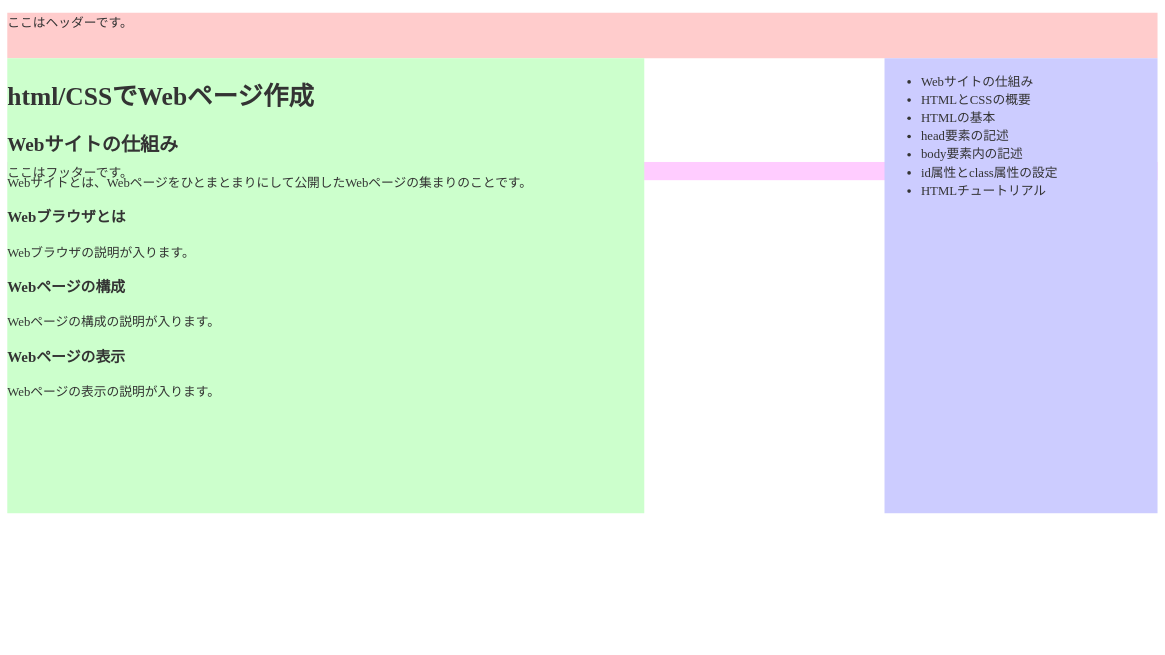
Repository: ichiro-fujii/kadai-commit
Page: lesson-htmlcss/kadai-html.html
The author's editor kept a record of every edit. The page is drawn from the files as they stood at one moment, then again after the next edit.
The browser window is 1280 px wide. The pictures show the whole page, at 91% of full size.

Above is the page before.

### lesson-htmlcss/kadai-html.html
<!DOCTYPE html>
<html lang="ja">
    <head>
        <meta charset="UTF-8">
        <title>HTML/CSSでＷｅｂページ作成</title>
        <link rel="stylesheet" href="kadai-css.css">
    </head>
    <body>
        <!--ここからヘッダー-->
        <header>
            <p>ここはヘッダーです。</p>
        </header>
        <!--wrapperはなぜ入れるのですか-->
        <div id="wrapper">
        <div id="main">
            <h1>html/CSSでWebページ作成</h1>
            <h2>Webサイトの仕組み</h2>
            <p>Webサイトとは、Webページをひとまとまりにして公開したWebページの集まりのことです。</p>
            <h3>Webブラウザとは</h3>
            <p>Webブラウザの説明が入ります。</p>
            <h3>Webページの構成</h3>
            <p>Webページの構成の説明が入ります。</p>
            <h3>Webページの表示</h3>
            <p>Webページの表示の説明が入ります。</p>
            </div>
            <nav id="menu">
                <ul>
                    <li>Webサイトの仕組み</li>
                    <li>HTMLとCSSの概要</li>
                    <li>HTMLの基本</li>
                    <li>head要素の記述</li>
                    <li>body要素内の記述</li>
                    <li>id属性とclass属性の設定</li>
                    <li>HTMLチュートリアル</li>
                </ul>
            </nav>
            </div>
            <footer>
            <p>ここはフッターです。</p>
        </footer>


    </body>
</html>

### lesson-htmlcss/kadai-css.css
@charset "UTF-8";
/*チャプター：全体の設定*/
body {

    margin: 1000;
    padding: 0;
    color: #333;
    font-size: 14px;
}
header {
    height: 50px;
    background-color:#ffcccc;
    }
#wrapper {
    height: 100px;
    display: flex;
    justify-content:space-between;
}
#main {
    float: left;
    width: 700px;
    height: 500px;
    background-color: #ccffcc;
}
#menu {
    float: right;
    width: 300px;
    height: 500px;
    background-color: #ccccff;
}
footer {
    clear: both;
    height: 20px;
    background-color: #ffccff;
}

After the next edit:
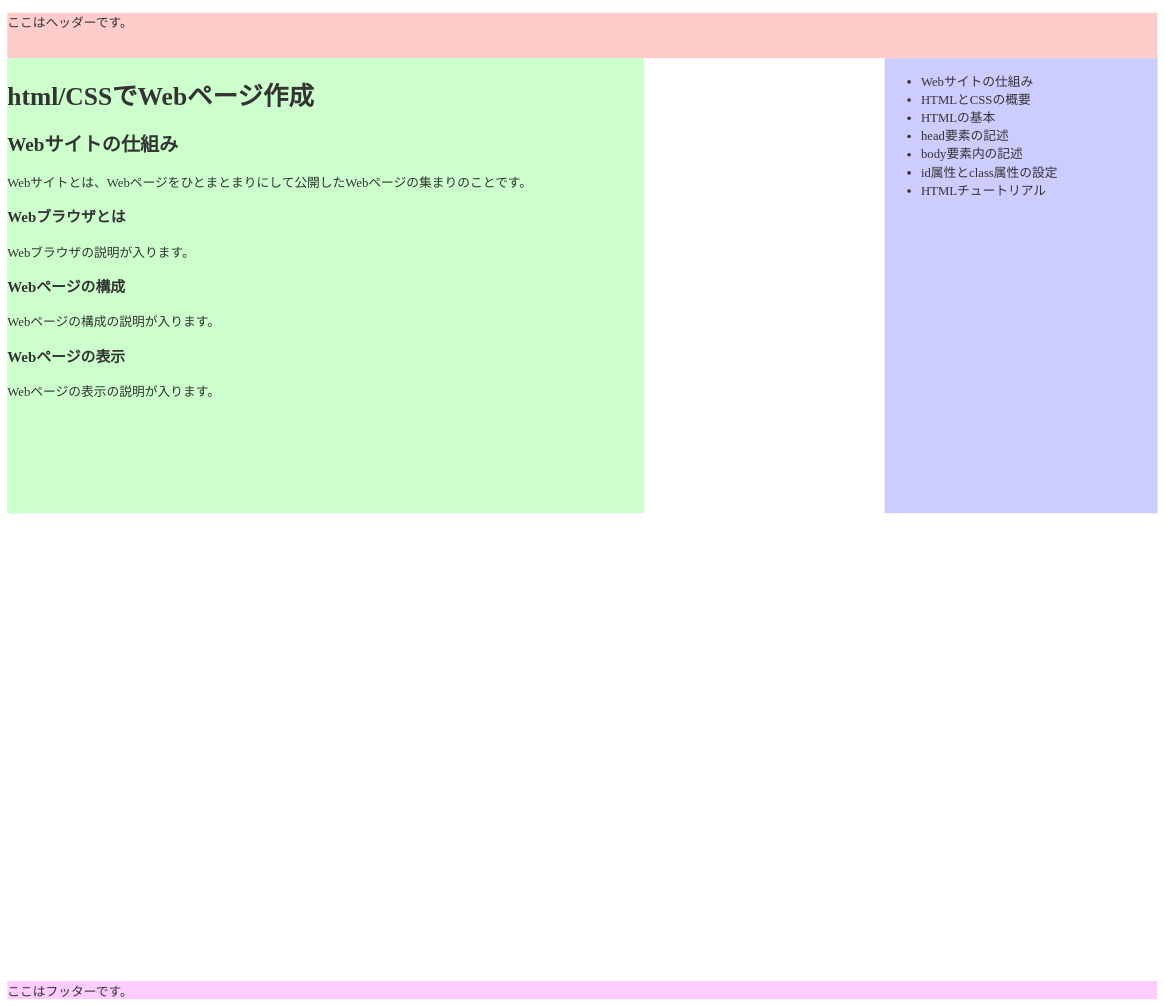
The edit:
--- a/lesson-htmlcss/kadai-css.css
+++ b/lesson-htmlcss/kadai-css.css
@@ -12,7 +12,7 @@
     background-color:#ffcccc;
     }
 #wrapper {
-    height: 100px;
+    height: 1000px;
     display: flex;
     justify-content:space-between;
 }
